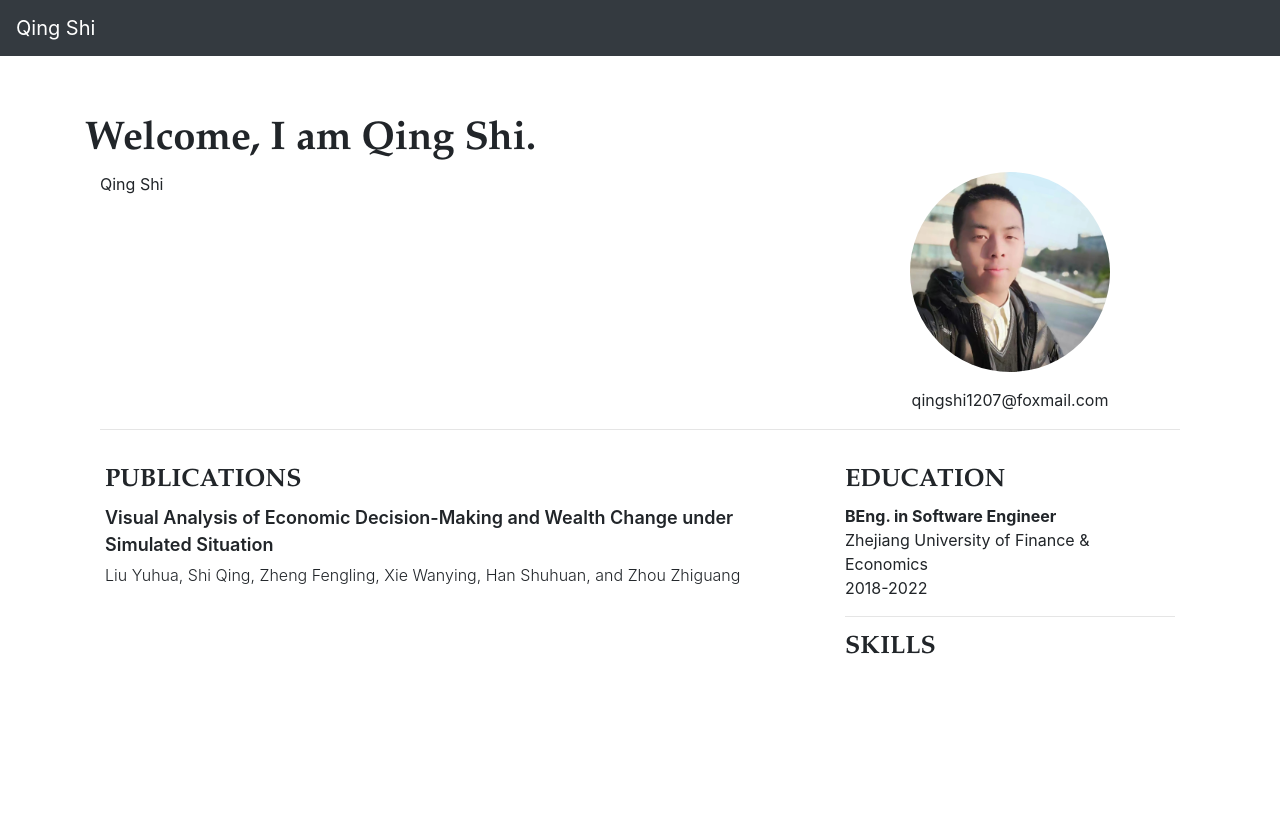
Repository: sqsssq/webpage
Page: index.html
The author's editor kept a copy of each file at every save. The page is drawn from the files as they stood at one save, then again after the next save.
The browser window is 1280 px wide. The pictures show the whole page.
Some web libraries are served in a nearby version.

Above is the page before, as saved 2022-03-28 09:54:40.

### index.html
<!--
 * @Author: Qing Shi
 * @LastEditTime: 2022-03-28 09:54:40
 * @Knowledge:
 * @Description: my homepage
 * @Attention:
-->
<!doctype html>
<html lang="zh-CN">

<head>
    <!-- 必须的 meta 标签 -->
    <meta charset="utf-8">
    <meta name="viewport" content="width=device-width, initial-scale=1, shrink-to-fit=no">
    <title>Qing Shi</title>

    <!-- 新 Bootstrap4 核心 CSS 文件 -->
    <link rel="stylesheet" href="https://cdn.staticfile.org/twitter-bootstrap/4.3.1/css/bootstrap.min.css">

    <!-- jQuery文件。务必在bootstrap.min.js 之前引入 -->
    <script src="https://cdn.staticfile.org/jquery/3.2.1/jquery.min.js"></script>

    <!-- bootstrap.bundle.min.js 用于弹窗、提示、下拉菜单，包含了 popper.min.js -->
    <script src="https://cdn.staticfile.org/popper.js/1.15.0/umd/popper.min.js"></script>

    <!-- 最新的 Bootstrap4 核心 JavaScript 文件 -->
    <script src="https://cdn.staticfile.org/twitter-bootstrap/4.3.1/js/bootstrap.min.js"></script>

    <link rel="stylesheet" href="css/index.css">
    <link rel="shortcut icon" href="icon/bitbug_favicon.ico" />
</head>

<body>

    <nav class="navbar  navbar-dark bg-dark">
        <a class="navbar-brand" href="#">
            Qing Shi
        </a>

        <!-- <button type="button" class="btn btn-outline-primary">中/EN</button> -->
    </nav>

    <div class="container framework">
        <!-- Image and text -->
        <div class="webHeader row">
            <h1 id="ToptitleFont">Welcome, I am Qing Shi.</h1>
            <!-- <hr> -->
            <div class="webIntroduction col-lg-8">
                Qing Shi
            </div>

            <div class="webPhoto col-lg-4">
                <img src="photo/sq3.jpg">
                <div class="info">
                    <!-- <svg class="svg-inline--fa fa-envelope-square fa-w-14 fa-fw fa-lg mr-2" aria-hidden="true" focusable="false" data-prefix="fas" data-icon="envelope-square" role="img" xmlns="http://www.w3.org/2000/svg" viewBox="0 0 448 512" data-fa-i2svg=""><path fill="currentColor" d="M400 32H48C21.49 32 0 53.49 0 80v352c0 26.51 21.49 48 48 48h352c26.51 0 48-21.49 48-48V80c0-26.51-21.49-48-48-48zM178.117 262.104C87.429 196.287 88.353 196.121 64 177.167V152c0-13.255 10.745-24 24-24h272c13.255 0 24 10.745 24 24v25.167c-24.371 18.969-23.434 19.124-114.117 84.938-10.5 7.655-31.392 26.12-45.883 25.894-14.503.218-35.367-18.227-45.883-25.895zM384 217.775V360c0 13.255-10.745 24-24 24H88c-13.255 0-24-10.745-24-24V217.775c13.958 10.794 33.329 25.236 95.303 70.214 14.162 10.341 37.975 32.145 64.694 32.01 26.887.134 51.037-22.041 64.72-32.025 61.958-44.965 81.325-59.406 95.283-70.199z"></path></svg> -->
                    qingshi1207@foxmail.com
                </div>
            </div>
        </div>
        <hr>
        <div class="webMain row">
            <div class="col-lg-8" style="padding: 20px;">
                <div id="webPublication">
                    <h3 id="titleFont">
                        PUBLICATIONS
                    </h3>
                    <div class="totalPublic">
                        <div class="public">
                            <p class="ptitle">Visual Analysis of Economic Decision-Making and Wealth Change under Simulated Situation</p>
                            <p class="pauthor">Liu Yuhua, Shi Qing, Zheng Fengling, Xie Wanying, Han Shuhuan, and Zhou Zhiguang</p>
                        </div>
                    </div>
                </div>
            </div>
            <div class="col-lg-4" style="padding: 20px;">
                <div id="webEducation">
                    <h3 id="titleFont">
                        <!-- ::before -->
                        EDUCATION
                    </h3>
                    <a style="font-weight: bold;">BEng. in Software Engineer</a>
                    <br>
                    Zhejiang University of Finance & Economics
                    <br>
                    2018-2022
                </div>
                <hr>
                <div id="webSkill">
                    <h3 id="titleFont">SKILLS</h3>
                </div>
            </div>
        </div>
</body>

</html>

### css/index.css
* {
    margin: 0;
    padding: 0;
}

body {
    /* font-family:Georia,serif; */
    background: #ffffff;
    /* font-weight:bold; */
    /* font-size:15px; */
    /* color:#333;
    overflow: hidden; */
    -webkit-font-smoothing: antialiased;
}

.framework {
    /* height: 1000px; */
    margin-top: 30px;
    margin-bottom: 100px;
    padding: 30px 30px 30px 30px;
    width: 90%;
    /* border-color: black; */
    /* border-width: 3px; */
    /* border-style: solid; */
    /* box-shadow: darkgrey 0px 0px 30px 5px ; */
}

/* *, *::before, *::after {
    box-sizing: border-box;
} */

#ToptitleFont {
    /* Garamond */
    font-family: Garamond;
    font-weight: bold;
}

#titleFont {
    /* Garamond */
    font-family: Garamond;
    font-weight: bold;
    font-size: 25px;
}

.public {
}

.public p{
    margin-bottom: 5px;
    line-height: 1.5;

}

.public .ptitle {
    font-weight: 600;
    font-size: 18px;
}

.public .pauthor {
    font-size: 16px;
    font-weight: 300;
}

/* #titleFont:before {
    content: "";
    display: inline-block;
    width: 5px;
    height: 100%;
    background: #54b689;
    position: absolute;
    left: 0;
    top: 0;
} */

.webPhoto {
    /* align-items: center; */
    /* background-color: aqua; */
    display: flex;
    flex-direction: column;
    justify-content: center;
    align-items: center;
}

.webPhoto img {
    border-radius: 50%;
}

img {
    vertical-align: middle;
    border-style: none;
    height: 200px;
    width: 200px;
}

.webPhoto .info {
    margin-top: 15px;
    text-align: center;
    line-height: 1.64;
}

/*chrome--------------------------------------------start*/
::-webkit-scrollbar {
    width: 8px;
    height: 8px;
}

/* Track */
::-webkit-scrollbar-track {
    background: #ffffff;
    border-radius: 8px;
}

/* Handle */
::-webkit-scrollbar-thumb {
    background: rgb(201, 201, 202);
    border-radius: 8px;
}

/* Handle on hover */
::-webkit-scrollbar-thumb:hover {
    background: rgb(162, 162, 163);
}

.el-menu::-webkit-scrollbar,
.el-table__body-wrapper::-webkit-scrollbar {
    display: none;
}

.el-menu:hover::-webkit-scrollbar,
.el-table__body-wrapper:hover::-webkit-scrollbar {
    display: block;
}

/*chrome--------------------------------------------end*/

After the next save:
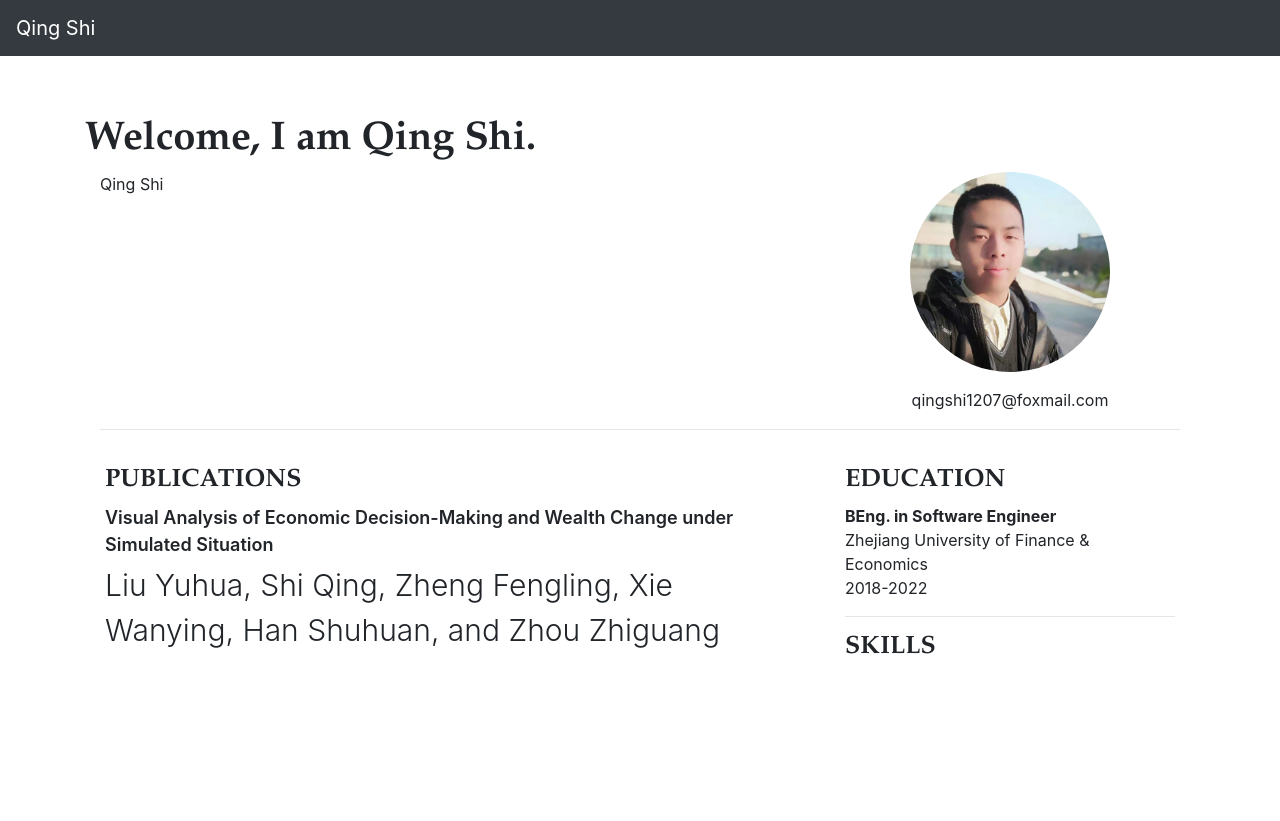
Saved 62 s later.
--- a/css/index.css
+++ b/css/index.css
@@ -57,7 +57,7 @@
 }
 
 .public .pauthor {
-    font-size: 16px;
+    font-size: 30px;
     font-weight: 300;
 }
 

After the save that followed:
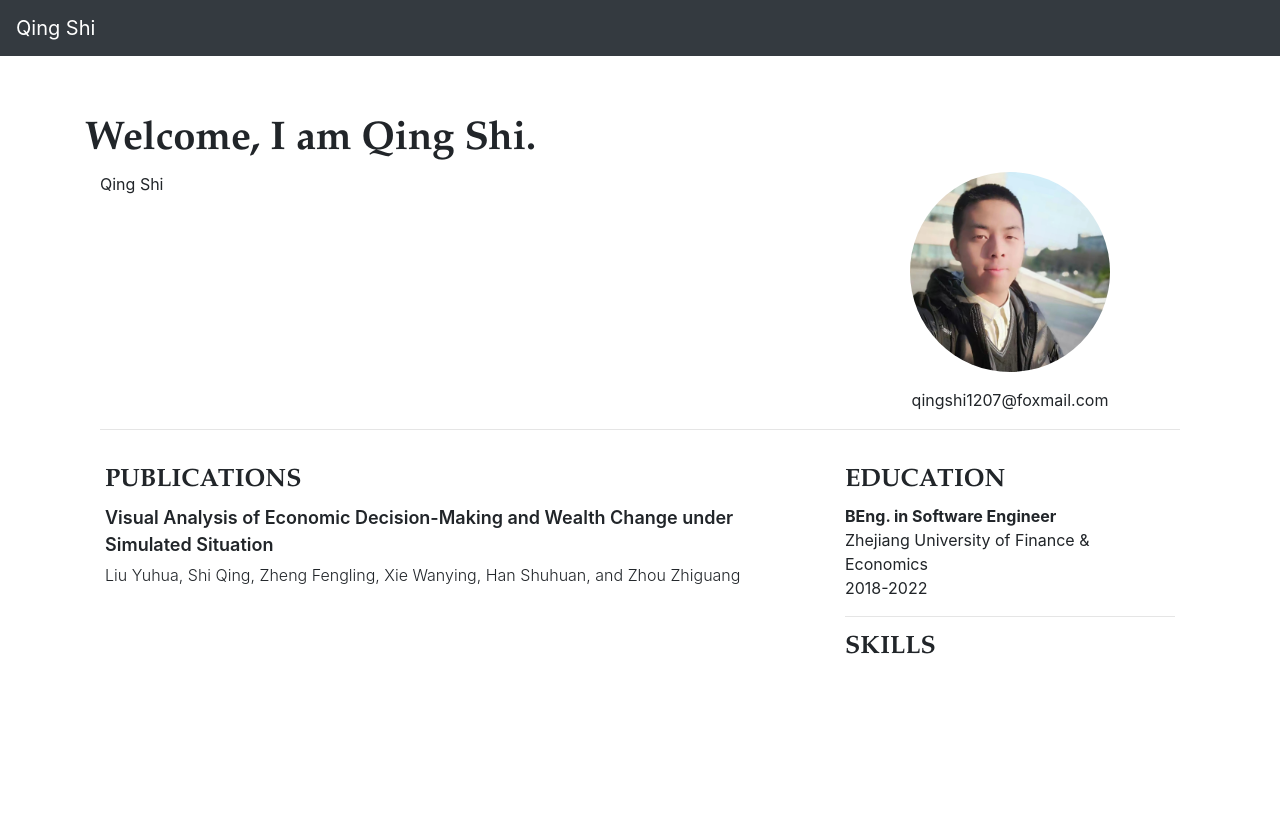
Saved 4 s later.
--- a/css/index.css
+++ b/css/index.css
@@ -57,7 +57,7 @@
 }
 
 .public .pauthor {
-    font-size: 30px;
+    font-size: 16px;
     font-weight: 300;
 }
 
